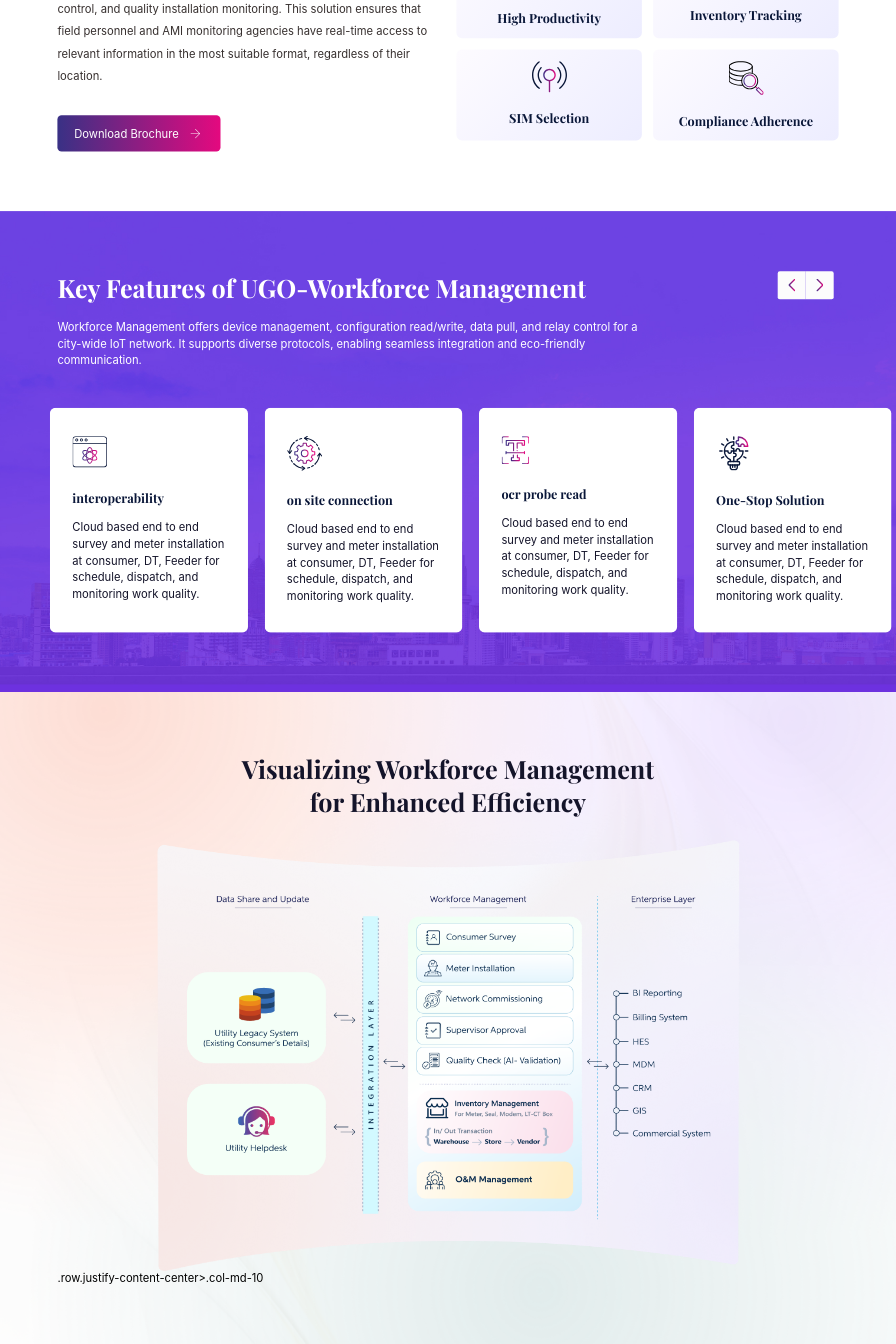
Repository: mangalravi/inventive
Page: WFM-Detail-Page.html
These files come from the project's save history. The page is drawn as it stood at one moment and after a run of saves; the edit follows.
The browser window is 1280 px wide. The pictures show the part of the page from y = 892 to 2812 px (the page is 2812 px tall before and 2792 px after), at 70% of full size.
Some web fonts or font styles are not loaded; a fallback is used. The style sheet was rebuilt from its Sass, Less or Tailwind sources for each picture, by a compiler version that may differ from the author's.

Above is the page before, as saved 2024-07-11 10:52:47.

### WFM-Detail-Page.html
<!DOCTYPE html>
<html lang="en">
  <head>
    <meta charset="UTF-8" />
    <meta name="viewport" content="width=device-width, initial-scale=1.0" />
    <title>Inventive</title>
    <link rel="icon" type="image/x-icon" href="content/images/favicon.png" />
    <link rel="stylesheet" href="content/lib/swiper/css/swiper.css" />
    <link href="content/css/font-family.css" />
    <link rel="stylesheet" href="content/css/Icon.css" />
    <link rel="stylesheet" as="style" href="content/css/custom.css" />
    <link href="content/css/custom-grid.css" />
  </head>
  <body>
    <header>
      <nav class="navbar">
        <div class="container">
          <div class="menu-extras lazyloaded">
            <div class="menu-item">
              <a class="navbar-toggle">
                <div class="lines">
                  <span></span>
                  <span></span>
                  <span></span>
                </div>
              </a>
            </div>
          </div>

          <div class="row align-items-center">
            <div class="col-2">
              <a href="#">
                <img
                  width="120"
                  height="36"
                  alt="inventive_logo"
                  src="content/images/inventive_logo-1.svg"
                />
              </a>
              <button class="navbar-toggler" type="button">
                <span class="navbar-toggler-icon"></span>
              </button>
            </div>
            <div class="col-8">
              <div class="collapse navbar-collapse">
                <ul class="navbar-nav">
                  <li class="parent-menu position-relative">
                    <a href="#">Industry</a>
                    <span class="menu-arrow"></span>
                    <ul class="submenu">
                      <li>
                        <a href="#" class="sub-menu-item">About Us</a>
                      </li>
                      <li>
                        <a href="#" target="_blank" class="sub-menu-item"
                          >Company Profile</a
                        >
                      </li>
                      <li>
                        <a href="#" target="_blank" class="sub-menu-item"
                          >Virtual Introduction</a
                        >
                      </li>
                      <li>
                        <a href="#" class="sub-menu-item">Office Locations</a>
                      </li>
                      <li><a href="#" class="sub-menu-item">Our Team</a></li>
                      <li>
                        <a href="#" class="sub-menu-item">Our Clients</a>
                      </li>
                      <li>
                        <a href="#" class="sub-menu-item">Certificates</a>
                      </li>
                      <li>
                        <a href="#" class="sub-menu-item">Events News</a>
                      </li>
                      <li><a href="#" class="sub-menu-item">Gallery</a></li>
                    </ul>
                  </li>
                  <li class="nav-item">
                    <a href="#" class="nav-link">Service</a>
                  </li>
                  <li class="parent-menu position-relative">
                    <a href="#">Product</a><span class="menu-arrow"></span>
                    <div class="prodlist submenu">
                      <div class="tabs">
                        <ul class="tab-links">
                          <li class="tab-link" data-tab="tab1">
                            <a href="#">Smart Metering Solutions(SMS)</a>
                          </li>
                          <li class="tab-link" data-tab="tab2">
                            <a href="#">Unified Billing System</a>
                          </li>
                          <li class="tab-link" data-tab="tab3">
                            <a href="#">Enterprise Resource Planning</a>
                          </li>
                        </ul>
                        <div class="tab-content">
                          <div id="tab1" class="tab">
                            <ul class="mgmenu mb-4 ms-5">
                              <li>
                                <a href="/head-end-system"
                                  >Head End System
                                  <i class="bi bi-arrow-right"></i
                                ></a>
                              </li>
                              <li>
                                <a href="/meter-data-management"
                                  >Meter Data Management
                                  <i class="bi bi-arrow-right"></i
                                ></a>
                              </li>
                              <li>
                                <a href="/consumer-survey-meter-installation"
                                  >Consumer Survey &amp; Meter Installation
                                  <i class="bi bi-arrow-right"></i
                                ></a>
                              </li>
                              <li>
                                <a href="/smart-prepaid-system"
                                  >Smart Prepaid System
                                  <i class="bi bi-arrow-right"></i
                                ></a>
                              </li>
                              <li>
                                <a href="/energy-audit"
                                  >Energy Audit <i class="bi bi-arrow-right"></i
                                ></a>
                              </li>
                            </ul>
                          </div>
                          <div id="tab2" class="tab">
                            <ul class="mgmenu mb-4 ms-5">
                              <li>
                                <a href="/metering-billing-and-collection"
                                  >Metering, Billing &amp; Collection
                                  <i class="bi bi-arrow-right"></i
                                ></a>
                              </li>
                              <li>
                                <a href="/crm-for-utilities"
                                  >CRM <i class="bi bi-arrow-right"></i
                                ></a>
                              </li>
                              <li>
                                <a href="/workforce-management"
                                  >Workforce Management
                                  <i class="bi bi-arrow-right"></i
                                ></a>
                              </li>
                              <li>
                                <a href="/spot-billing-app"
                                  >Spot Billing App
                                  <i class="bi bi-arrow-right"></i
                                ></a>
                              </li>
                              <li>
                                <a href="/consumer-app-and-portal"
                                  >Consumer App and Portal
                                  <i class="bi bi-arrow-right"></i
                                ></a>
                              </li>
                              <li>
                                <a href="/energy-analytics"
                                  >Energy Analytics
                                  <i class="bi bi-arrow-right"></i
                                ></a>
                              </li>
                              <li>
                                <a href="/network-indexing-management"
                                  >Network Indexing Management
                                  <i class="bi bi-arrow-right"></i
                                ></a>
                              </li>
                              <li>
                                <a href="/ocr-based-billing"
                                  >OCR Based Billing
                                  <i class="bi bi-arrow-right"></i
                                ></a>
                              </li>
                            </ul>
                          </div>
                          <div id="tab3" class="tab">
                            <ul class="mgmenu mb-4 ms-5">
                              <li>
                                <a href="/erp-procurement-module"
                                  >Procurement <i class="bi bi-arrow-right"></i
                                ></a>
                              </li>
                              <li>
                                <a href="/finance-and-accounting"
                                  >Finance &amp; Accounting
                                  <i class="bi bi-arrow-right"></i
                                ></a>
                              </li>
                              <li>
                                <a href="/human-resource-management-system"
                                  >HRMS <i class="bi bi-arrow-right"></i
                                ></a>
                              </li>
                              <li>
                                <a href="/erp-sales-module"
                                  >Sales <i class="bi bi-arrow-right"></i
                                ></a>
                              </li>
                              <li>
                                <a href="/erp-supply-chain-management"
                                  >Supply Chain Management
                                  <i class="bi bi-arrow-right"></i
                                ></a>
                              </li>
                              <li>
                                <a href="/customer-relationship-management"
                                  >CRM <i class="bi bi-arrow-right"></i
                                ></a>
                              </li>
                              <li>
                                <a href="/inventory-management-system"
                                  >Inventory Management
                                  <i class="bi bi-arrow-right"></i
                                ></a>
                              </li>
                              <li>
                                <a href="/warehouse-management-system"
                                  >Warehouse Management
                                  <i class="bi bi-arrow-right"></i
                                ></a>
                              </li>
                            </ul>
                          </div>
                        </div>
                      </div>
                    </div>
                  </li>
                  <li class="parent-menu position-relative">
                    <a href="#">Insights</a><span class="menu-arrow"></span>
                    <ul class="submenu">
                      <li><a href="#" class="sub-menu-item">Blogs</a></li>
                      <li>
                        <a href="#" class="sub-menu-item">Contact Us</a>
                      </li>
                    </ul>
                  </li>
                  <li class="nav-item">
                    <a href="#" class="nav-link">Career</a>
                  </li>
                </ul>
              </div>
            </div>
            <div class="col-2">
              <a href="#" class="btn-outline-main">
                <span>Employee Login</span>
              </a>
            </div>
          </div>
        </div>
      </nav>
    </header>

    <section class="top-banner">
      <div class="container">
        <div class="row">
          <div class="col-md-6">
            <div class="tpcntnt">
              <p>Workforce Management</p>
              <h4>A Driving Change Meter by Meter for Better Tomorrow</h4>
              <a href="#" class="btn btn-primary"
                >Request a Demo
                <span class="material-symbols-outlined">
                  arrow_forward
                </span></a
              >
            </div>
          </div>
        </div>
      </div>
    </section>

    <section class="intro pt-0">
      <div class="container">
        <div class="row align-items-end">
          <div class="col-md-6 d-flex">
            <div class="lft">
              <h4>Index – Commission - Monitor</h4>
              <p>
                Collaborating with UGO, you can effectively address the
                challenge of balancing cost control with service quality. UGO
                seamlessly integrates Workforce Management (WFM) systems
                incorporating consumer indexing, meter installation, network
                commissioning with HES, inventory control, and quality
                installation monitoring. This solution ensures that field
                personnel and AMI monitoring agencies have real-time access to
                relevant information in the most suitable format, regardless of
                their location.
              </p>
              <a href="#" class="btn btn-main">
                Download Brochure
                <span class="material-symbols-outlined">
                  arrow_forward
                </span></a
              >
            </div>
          </div>
          <div class="col-md-6 d-flex">
            <div class="mainrgt">
              <div class="row gx-3">
                <div class="col-sm-6 d-flex">
                  <div class="rgt">
                    <img
                      src="content/images/High-Productivity.svg"
                      alt="High"
                    />
                    <h4>High Productivity</h4>
                  </div>
                </div>
                <div class="col-sm-6 d-flex">
                  <div class="rgt">
                    <img
                      src="content/images/Inventory-Tracking.svg"
                      alt="Inventory"
                    />
                    <h4>Inventory Tracking</h4>
                  </div>
                </div>
                <div class="col-sm-6 d-flex">
                  <div class="rgt">
                    <img src="content/images/SIM-Selection.svg" alt="SIM" />
                    <h4>SIM Selection</h4>
                  </div>
                </div>
                <div class="col-sm-6 d-flex">
                  <div class="rgt">
                    <img
                      src="content/images/compliance-adherence.svg"
                      alt="compliance"
                    />
                    <h4>Compliance Adherence</h4>
                  </div>
                </div>
              </div>
            </div>
          </div>
        </div>
      </div>
    </section>
    <section class="key-feature position-relative">
      <div class="swiper">
        <div class="container">
          <div class="row">
            <div class="col-11 col-sm-10 col-md-8">
              <div class="tpcntnt">
                <h4>Key Features of UGO-Workforce Management</h4>
                <p>
                  Workforce Management offers device management, configuration
                  read/write, data pull, and relay control for a city-wide IoT
                  network. It supports diverse protocols, enabling seamless
                  integration and eco-friendly communication.
                </p>
              </div>
            </div>
          </div>
        </div>

        <div class="swiper-wrapper">
          <!-- Slides -->
          <div class="swiper-slide">
            <div class="slidecntnt">
              <img
                src="content/images/Key-features/one-stop-solution.svg"
                alt="solution"
              />
              <h5>One-Stop Solution</h5>
              <p>
                Cloud based end to end survey and meter installation at
                consumer, DT, Feeder for schedule, dispatch, and monitoring work
                quality.
              </p>
            </div>
          </div>
          <div class="swiper-slide">
            <div class="slidecntnt">
              <img
                src="content/images/Key-features/project-onitoring.svg"
                alt="project"
              />
              <h5>Project Monitoring</h5>
              <p>
                Rich UI/UX based dynamic dashboards and reports to track project
                status and quality of eld work at site.
              </p>
            </div>
          </div>
          <div class="swiper-slide">
            <div class="slidecntnt">
              <img
                src="content/images/Key-features/signal-strength.svg"
                alt="signal"
              />
              <h5>Signal Strength</h5>
              <p>
                Capture SIM connectivity status for proper planning of
                deployment of GPRS/RF mechanism at site.
              </p>
            </div>
          </div>
          <div class="swiper-slide">
            <div class="slidecntnt">
              <img
                src="content/images/Key-features/location-tracking.svg"
                alt="location"
              />
              <h5>Location Tracking</h5>
              <p>
                Support accurate GPS co-ordinates capturing from mobile device
                for efficient route planning and time saving.
              </p>
            </div>
          </div>
          <div class="swiper-slide">
            <div class="slidecntnt">
              <img
                src="content/images/Key-features/on-site-connection.svg"
                alt="connection"
              />
              <h5>on site connection</h5>
              <p>
                Cloud based end to end survey and meter installation at
                consumer, DT, Feeder for schedule, dispatch, and monitoring work
                quality.
              </p>
            </div>
          </div>
          <div class="swiper-slide">
            <div class="slidecntnt">
              <img
                src="content/images/Key-features/interoperability.svg"
                alt="interoperability"
              />
              <h5>interoperability</h5>
              <p>
                Cloud based end to end survey and meter installation at
                consumer, DT, Feeder for schedule, dispatch, and monitoring work
                quality.
              </p>
            </div>
          </div>
          <div class="swiper-slide">
            <div class="slidecntnt">
              <img
                src="content/images/Key-features/on-site-connection.svg"
                alt="connection"
              />
              <h5>on site connection</h5>
              <p>
                Cloud based end to end survey and meter installation at
                consumer, DT, Feeder for schedule, dispatch, and monitoring work
                quality.
              </p>
            </div>
          </div>
          <div class="swiper-slide">
            <div class="slidecntnt">
              <img
                src="content/images/Key-features/ocr-probe-read.svg"
                alt="ocr"
              />
              <h5>ocr probe read</h5>
              <p>
                Cloud based end to end survey and meter installation at
                consumer, DT, Feeder for schedule, dispatch, and monitoring work
                quality.
              </p>
            </div>
          </div>
        </div>

        <div class="swiper-btn">
          <div class="swiper-button-prev"></div>
          <div class="swiper-button-next"></div>
        </div>
      </div>
    </section>

    <section class="work-flow">
      <div class="container">
        <div class="row justify-content-center">
          <div class="col-md-7">
            <h4 class="sec-head">
              Visualizing Workforce Management for Enhanced Efficiency
            </h4>
          </div>
        </div>
        <div class="row justify-content-center">
          <div class="col-9">
            <div class="workflowimg">
              <img src="content/images/diagram.png" alt="diagram" />
            </div>
          </div>
        </div>
        .row.justify-content-center>.col-md-10
      </div>
    </section>

    <script src="content/js/jquery.min.js"></script>
    <script src="content/lib/swiper/js/swiper.js"></script>
    <script src="content/js/custom.js"></script>
  </body>
</html>

### content/css/font-family.css
/* Inter font family */
@font-face {
  font-family: "Inter";
  font-style: normal;
  font-weight: 400;
  src: url("../fonts/Inter/Inter-Regular.ttf") format("truetype");
  font-display: swap;
}
@font-face {
  font-family: "Inter";
  font-style: normal;
  font-weight: 500;
  src: url("../fonts/Inter/Inter-Medium.ttf") format("truetype");
  font-display: swap;
}

@font-face {
  font-family: "Inter";
  font-style: normal;
  font-weight: 600;
  src: url("../fonts/Inter/Inter-SemiBold.ttf") format("truetype");
  font-display: swap;
}



/* Playfair Display font family */
@font-face {
  font-family: "Playfair Display";
  font-style: normal;
  font-weight: 600;
  src: url("../fonts/Playfair_Display/PlayfairDisplay-SemiBold.ttf") format("truetype");
  font-display: swap;
}

@font-face {
  font-family: "Playfair Display";
  font-style: normal;
  font-weight: 700;
  src: url("../fonts/Playfair_Display/PlayfairDisplay-Bold.ttf") format("truetype");
  font-display: swap;
}

Loaded but not shown: content/lib/swiper/css/swiper.css (library); content/js/jquery.min.js (library); content/lib/swiper/js/swiper.js (library); content/images/High-Productivity.svg (25 lines, source omitted); content/images/SIM-Selection.svg (16 lines, source omitted); content/js/custom.js (63 lines, source omitted); content/css/custom.scss (804 lines, source omitted); content/css/Icon.css (90 lines, source omitted)

After the next 2 saves:
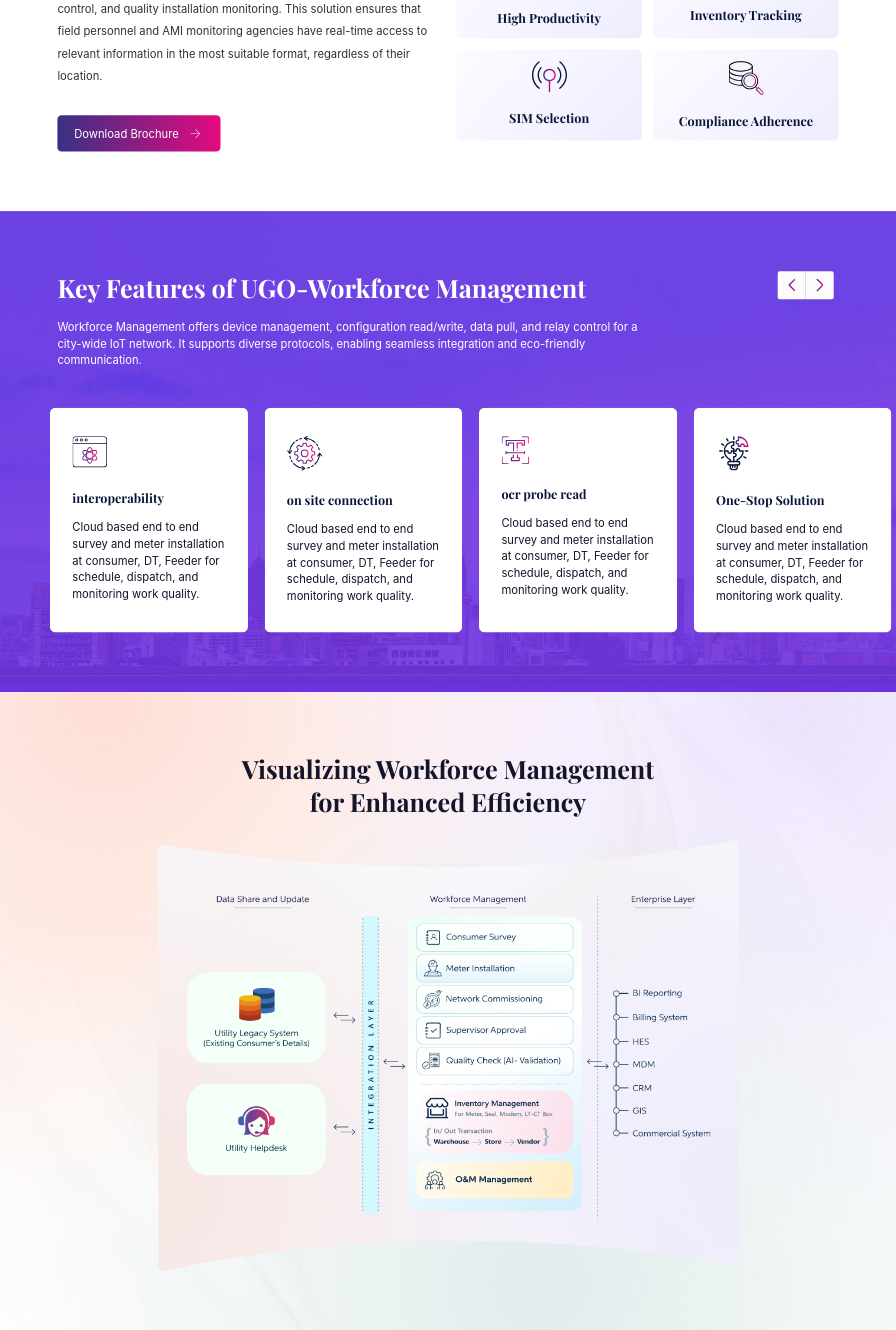
The 2 saves are shown as one change because they came seconds apart.
The last was saved 7 s later.
--- a/WFM-Detail-Page.html
+++ b/WFM-Detail-Page.html
@@ -497,7 +497,11 @@
             </div>
           </div>
         </div>
-        .row.justify-content-center>.col-md-10
+        <div class="row justify-content-center">
+          <div class="col-md-10">
+
+          </div>
+        </div>
       </div>
     </section>
 
